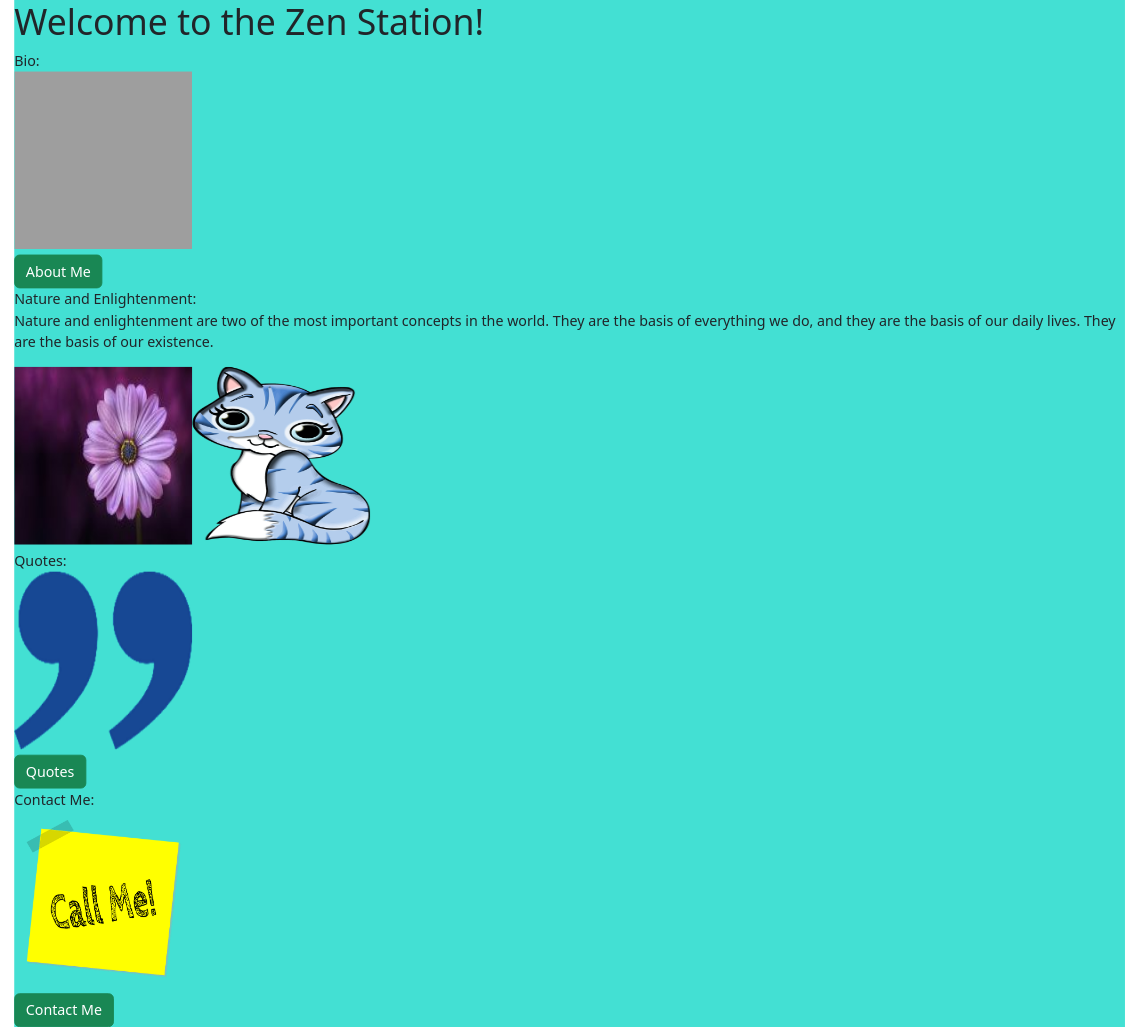
Repository: collegedude9300/zenstationnext
Page: /
The author's editor kept a copy of each file at every save. The page is drawn from the files as they stood at one save, then again after the next save.
The browser window is 1280 px wide. The pictures show the whole page, at 89% of full size.
Pictures or frames that could not be fetched are drawn as grey boxes. The project was rebuilt for these pictures with package versions that can differ from the ones it lists, and the page was loaded fresh each time. The framework's server and built-in components were replaced by stand-ins that run in the browser. Also part of the build but not shown: next.config.js.

Above is the page before, as saved 2024-04-15 13:39:05.

After the next save:
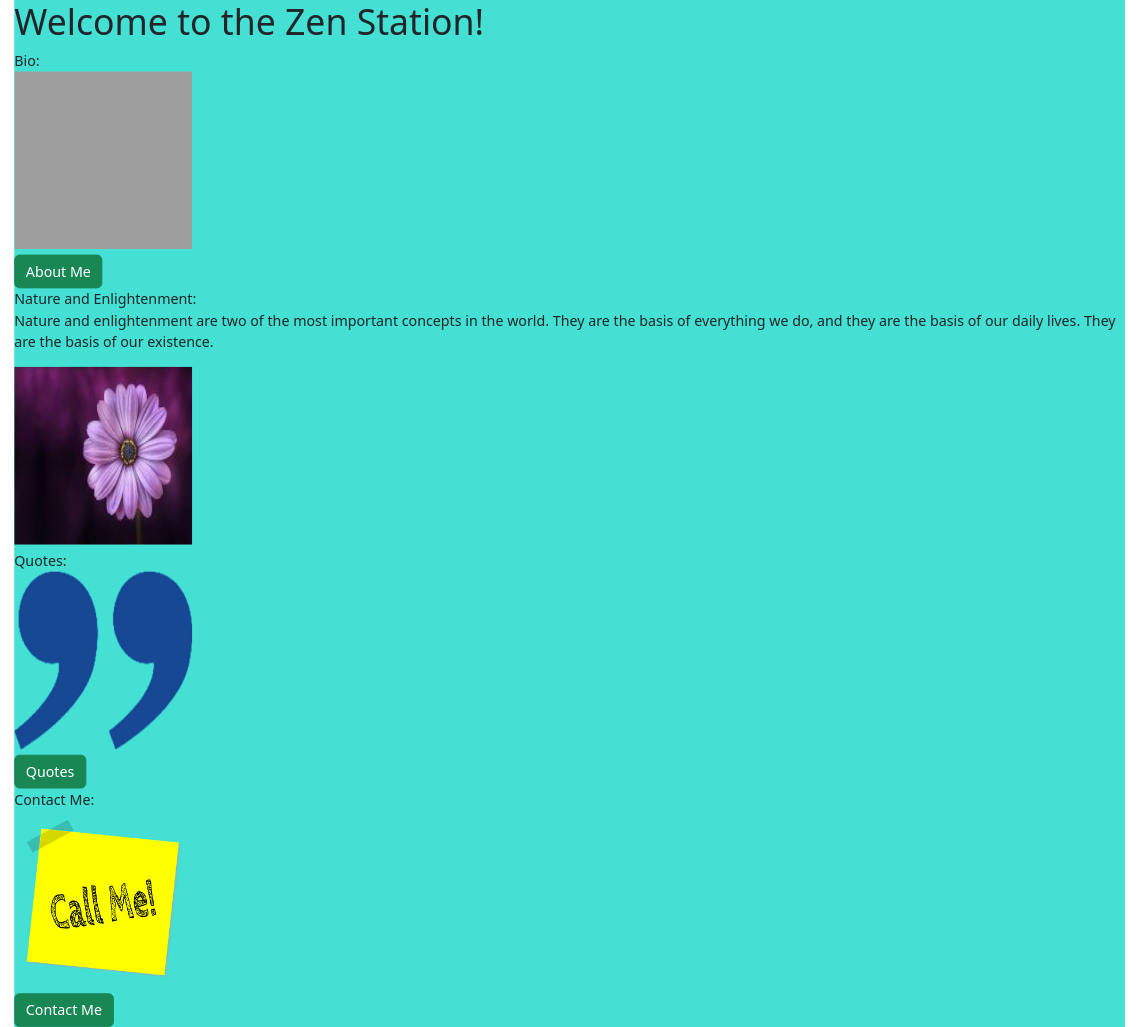
Saved 7 min 53 s later.
--- a/pages/index.js
+++ b/pages/index.js
@@ -40,7 +40,6 @@ export default function Home() {
           They are the basis of our existence.
           </p>
         <Image  alt="A small purple flower." src="/flower.jpg" width="200" height="200"/>
-        <Image  alt="An animated blue cat." src="/cartooncat.png" width="200" height="200"/>
         <div className={styles.spacing}></div>
         <section>
           <header>Quotes:</header>
